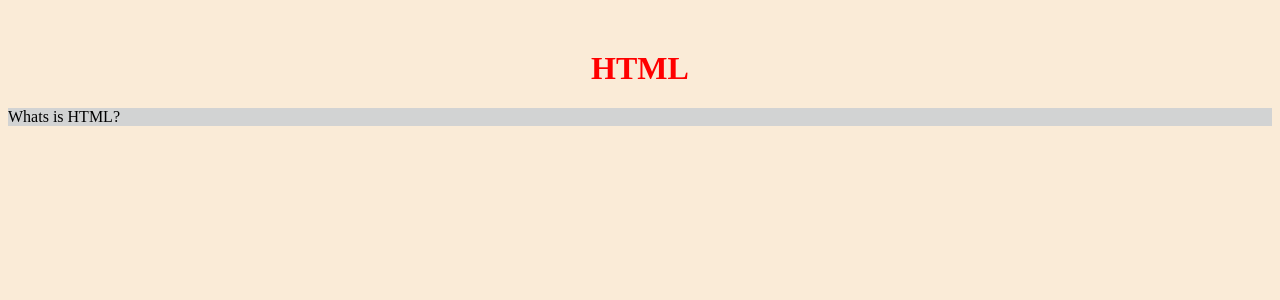
Repository: SharonSebastian32/Assignkments-9
Page: index.html
These files come from the project's save history. The page is drawn as it stood at one moment and after a run of saves; the edit follows.
The browser window is 1280 px wide. The pictures show the whole page.

Above is the page before, as saved 2024-09-21 20:07:37.

### index.html
<!DOCTYPE html>
<html lang="en">
  <head>
    <meta charset="UTF-8" />
    <meta name="viewport" content="width=device-width, initial-scale=1.0" />
    <title>Futura</title>
    <link rel="stylesheet" href="./style.css" />
    <style>
      * {
        background-color: antiquewhite;
      }
    </style>
  </head>
  <body>
    <h1
      style="
        color: red;
        text-align: center;
        margin-top: 50px;
        font-family: 'Times New Roman', Times, serif;
      "
    >
      HTML
    </h1>
    <p>Whats is HTML?</p>
  </body>
</html>

### style.css
p{
    background-color: rgb(210, 211, 211);
    border: 5px;
    color: black;
    border-color: yellow;

}

After the next 2 saves:
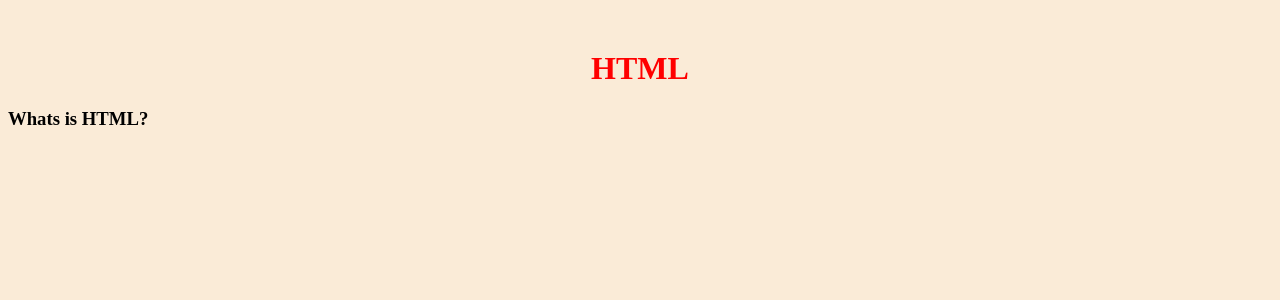
The 2 saves are shown as one change because they came seconds apart.
The last was saved 11 s later.
--- a/index.html
+++ b/index.html
@@ -22,6 +22,9 @@
     >
       HTML
     </h1>
-    <p>Whats is HTML?</p>
+    <h3>Whats is HTML?</h3>
+
+
+
   </body>
 </html>
